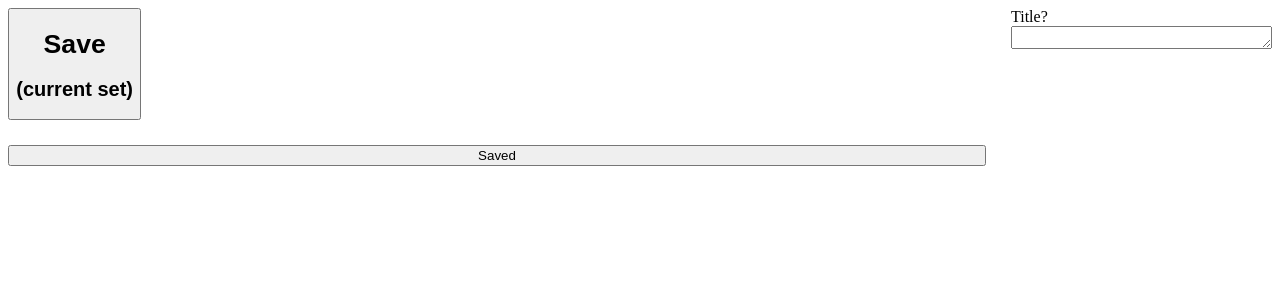
Repository: pixman92/GitTab
Page: popup.html
These files come from the project's save history. The page is drawn as it stood at one moment and after a run of saves; the edit follows.
The browser window is 1280 px wide. The pictures show the whole page.

Above is the page before, as saved 2020-01-28 20:25:23.

After the next 2 saves:
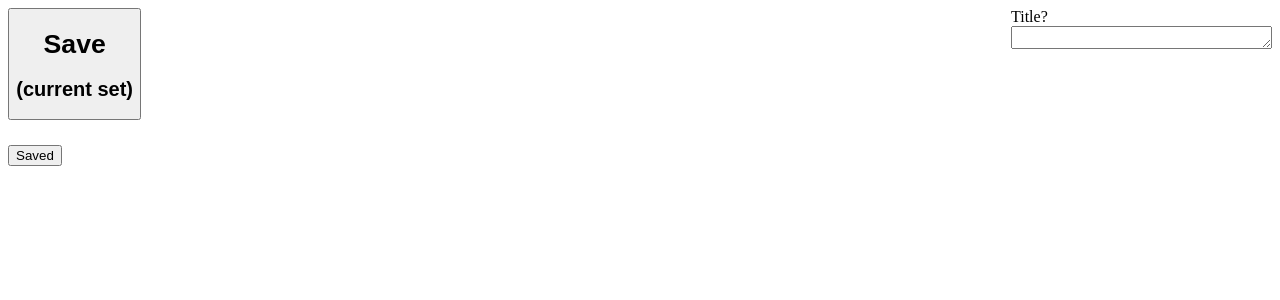
The 2 saves are shown as one change because they came seconds apart.
The last was saved 9 s later.
--- a/popup.html
+++ b/popup.html
@@ -46,7 +46,10 @@ showing the different commands -->
                     <textarea name="" id="title" cols="30" rows="10"></textarea>
                 </div>
             </div>
-            <button id="savedButton">Saved</button>
+            <div>
+                <button id="savedButton">Saved</button>
+
+            </div>
         </div>
         <div>
         </div>
